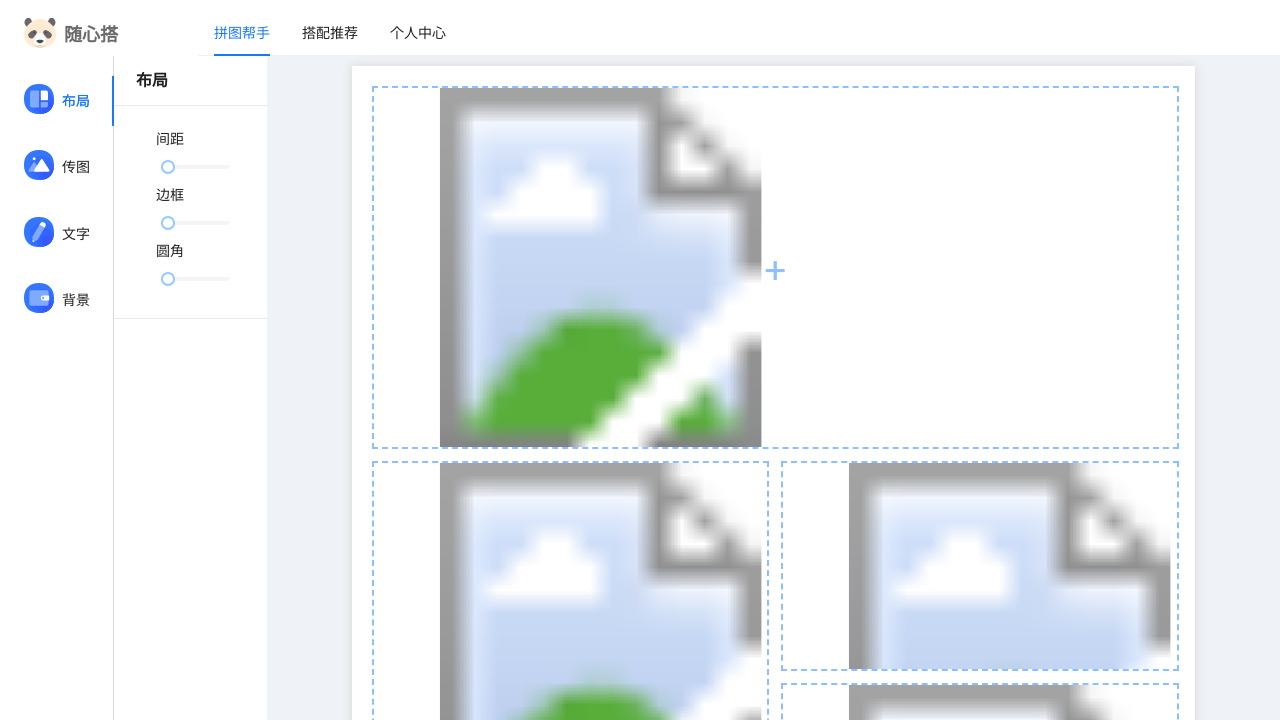
Repository: zzq1101921989/low-code
Page: /
These files come from the project's save history. The page is drawn as it stood at one moment and after the next save; the edit follows.
The browser window is 1280 px wide. The pictures show the whole page.
The project was rebuilt for these pictures with package versions that can differ from the ones it lists, and the page was loaded fresh each time. Also part of the build but not shown: vite.config.ts, src/pages/admin/index.tsx, src/components/icon/ClothesIcon.tsx, src/components/icon/HairIcon.tsx, src/components/icon/PantsIcon.tsx, src/components/icon/ShoeIcon.tsx, src/pages/recommend/index.tsx.

Above is the page before, as saved 2023-05-16 21:34:18.

### index.html
<!DOCTYPE html>
<html lang="en">
  <head>
    <meta charset="UTF-8" />
    <link rel="icon" type="image/svg+xml" href="/vite.svg" />
    <meta name="viewport" content="width=device-width, initial-scale=1.0" />
    <title>搭配选择困难症？不懂搭？就来随心搭，找到属于自己的穿搭技巧</title>
  </head>
  <body>
    <div id="root"></div>
    <script type="module" src="/src/main.tsx"></script>
  </body>
</html>

### src/main.tsx
import ReactDOM from "react-dom/client";
import App from "./App";
import "./reset.css";

ReactDOM.createRoot(document.getElementById("root") as HTMLElement).render(
  <App />
);

### src/App.tsx
import { BrowserRouter, Navigate, Route, Routes } from "react-router-dom";
import LayoutComponent from "./components/layout";
import { routerConfig } from "./routers";

const App = () => {
  return (
    <BrowserRouter>
      <Routes>
        <Route path="/" element={<LayoutComponent />}>
          {/* 重定向 */}
          <Route path="/" element={<Navigate to="/home" />} />
          {routerConfig.map((item) => (
            <Route path={item.path} key={item.name} element={item.element} />
          ))}
        </Route>
        <Route path="*" element={<div>404</div>} />
      </Routes>
    </BrowserRouter>
  );
};

export default App;

### src/reset.css
html,body,div,span,applet,object,h1,h2,h3,h4,h5,h6,p,blockquote,pre,a,abbr,acronym,address,big,cite,code,del,dfn,em,img,ins,kbd,q,s,samp,small,strike,strong,sub,sup,tt,var,b,u,i,center,dl,dt,dd,ol,ul,li,fieldset,form,label,legend,table,caption,tbody,tfoot,thead,tr,th,td,article,aside,canvas,details,embed,figure,figcaption,footer,header,hgroup,menu,nav,output,ruby,section,summary,time,mark,audio,video {
	margin:0;
	padding:0;
	border:0;
	font-size:100%;
	font:inherit;
	font-weight:normal;
	vertical-align:baseline;
}
/* HTML5 display-role reset for older browsers */
article,aside,details,figcaption,figure,footer,header,hgroup,menu,nav,section {
	display:block;
}
ol,ul,li {
	list-style:none;
}
blockquote,q {
	quotes:none;
}
blockquote:before,blockquote:after,q:before,q:after {
	content:'';
	content:none;
}
table {
	border-collapse:collapse;
	border-spacing:0;
}
th,td {
	vertical-align:middle;
}
/* custom */
a {
	outline:none;
	color:#16418a;
	text-decoration:none;
	-webkit-backface-visibility: hidden;
}
a:focus {
	outline:none;
}
input:focus,select:focus,textarea:focus {
	outline:-webkit-focus-ring-color auto 0;
}

### src/routers/index.tsx
import { RouteObject } from "react-router-dom";
import Admin from "../pages/admin";
import Home from "../pages/home";
import Recommend from "../pages/recommend";

export const routerConfig: (RouteObject & { name: string })[] = [
  {
    path: "home",
    name: "拼图帮手",
    element: <Home />,
  },
  {
    path: "recommend",
    name: "搭配推荐",
    element: <Recommend />,
  },
  {
    path: "admin",
    name: "个人中心",
    element: <Admin />,
  },
];

### src/components/header/index.tsx
import { Menu, MenuProps } from "antd";
import { Link, useLocation } from "react-router-dom";
import { routerConfig } from "../../routers";

export default function HeaderComponent() {

  const locaiton = useLocation();

  const items: MenuProps["items"] = routerConfig.map((key) => ({
    key: key.path,
    label: <Link to={`/${key.path}`}>{key.name}</Link>,
  }));

  return (
    <Menu
      style={{ flex: 1 }}
      mode="horizontal"
      selectedKeys={[locaiton.pathname.split("/")[1]]}
      items={items}
    />
  );
}

### src/components/layout/index.module.less
.syd-layout {
  width: 100%;
  height: 100vh;
  display: flex;
  flex-direction: column;
  overflow: hidden;
  .syd-header {
    display: flex;
    width: 100%;
    align-items: center;
    padding: 10px 24px 0 24px;
    background-color: #fff;
    .logo {
      margin-right: 80px;
    }
  }
  .syd-content {
    flex: auto;
    background: #eff2f6;
  }
}

### src/pages/home/index.tsx
import { Col, Row } from "antd";
import { FC } from "react";
import { DrawImage, Menu } from "./features";
import styles from "./index.module.less";

const Home: FC = () => {
  return (
    <Row style={{ height: "100%" }} className={styles.homeContainer}>
      <Col xl={5}>
        <Menu />
      </Col>
      <Col xl={19}>
        <DrawImage />
      </Col>
    </Row>
  );
};

export default Home;

### src/pages/home/features/index.tsx
export { default as Area } from './Area';
export { default as DrawImage } from './DrawImage';
export { default as Menu } from './Menu';

### src/pages/home/index.module.less
.homeContainer {
    :global{
        .ant-tabs-tabpane {
            padding-left: 0 !important
        }
        .ant-tabs-nav-wrap {
            padding-top: 20px;
        }
    }
}

### src/pages/home/features/Area/index.tsx
import { FC, ReactNode } from "react";
import styles from "./index.module.less";

interface AreaProps {
  /**
   * @name 头部区域内容
   */
  header: string | ReactNode;

  /**
   * @name 中间区域内容
   */
  centre?: string | ReactNode;
}
const Area: FC<AreaProps> = (props) => {
  const { header, centre } = props;

  return (
    <div className={`${styles["area-container"]}`}>
      <div
        className={`${styles["area-container-header"]} ${styles.padding} ${styles.borderBottom}`}
      >
        {header}
      </div>
      {centre && (
        <div
          className={`${styles["area-container-centre"]} ${styles.padding} ${styles["borderBottom"]}`}
        >
          {centre}
        </div>
      )}
    </div>
  );
};

export default Area;

### src/pages/home/features/Menu/index.tsx
import { Slider, Space, Tabs, TabsProps } from "antd";
import { Area } from "..";
import {
  ColorIcon,
  ImageIcon,
  LayoutIcon,
  TextIcon,
} from "../../../../components/icon";

/**
 * 导航栏组件
 * @returns
 */
export default function Menu() {
  const items: TabsProps["items"] = [
    {
      label: (
        <Space>
          <LayoutIcon />
          布局
        </Space>
      ),
      key: "1",
      children: (
        <Area
          header="布局"
          centre={
            <div
              style={{
                width: "100%",
                display: "flex",
                flexDirection: "column",
                padding: '10px 20px',
                boxSizing: 'border-box'
              }}
            >
              <div>
                间距
                <Slider defaultValue={10} />
              </div>
              <div>
                边框
                <Slider defaultValue={10} />
              </div>
              <div>
                圆角
                <Slider defaultValue={10} />
              </div>
            </div>
          }
        />
      ),
    },
    {
      label: (
        <Space>
          <ImageIcon />
          传图
        </Space>
      ),
      key: "2",
      children: "",
    },
    {
      label: (
        <Space>
          <TextIcon />
          文字
        </Space>
      ),
      key: "3",
      children: "",
    },
    {
      label: (
        <Space>
          <ColorIcon />
          背景
        </Space>
      ),
      key: "4",
      children: "",
    },
  ];

  return (
    <Tabs
      tabPosition="left"
      items={items}
      style={{ background: "#fff", height: "100%" }}
    />
  );
}

### src/pages/home/features/Area/index.module.less
.area-container {
    width: 100%;
    .area-container-header {
        font-size: 18px;
    }
    .area-container-header {
        font-size: 16px;
        font-weight: bold;
    }
}
.padding {
    padding: 12px 12px 12px 22px;
}
.borderBottom {
    border-bottom: 1px solid #e9e9e9;
}

### src/pages/home/components/index.tsx
export { default as ItemBox } from './ItemBox';
export { default as ContextMenu } from './contextmenu';

### src/components/icon/index.tsx
export { default as ClothesIcon } from "./ClothesIcon";
export { default as ColorIcon } from "./ColorIcon";
export { default as HairIcon } from "./HairIcon";
export { default as ImageIcon } from "./ImageIcon";
export { default as LayoutIcon } from "./LayoutIcon";
export { default as PantsIcon } from "./PantsIcon";
export { default as ShoeIcon } from "./ShoeIcon";
export { default as TextIcon } from "./TextIcon";

### src/pages/home/components/ItemBox/index.tsx
import { FC, memo } from "react";
import styles from "./index.module.less";

interface ItemBoxProps {
  /**
   * @name 当前选中的焦点区域
   */
  activeIndex?: number;

  dataIndex: number;
}

const ItemBox: FC<ItemBoxProps> = (props) => {
  const { activeIndex, dataIndex } = props;

  return (
    <div
      className={styles.itemBox}
      style={{
        border: `2px ${
          activeIndex === dataIndex ? "solid #2354f4" : "dashed #1e80ff80"
        }`,
      }}
    >
      <svg
        view-box="0 0 367.3725 367.3725"
        xmlns="http://www.w3.org/2000/svg"
        xmlnsXlink="http://www.w3.org/1999/xlink"
      >
        <g style={{
          transform: 'matrix(1, 0, 0, 1, 0, 0)'
        }}>
          <image
            xlinkHref="blob:https://www.gaoding.com/be2bce40-9d52-4153-a9f9-c5f4e8f41b22"
            width="545.996530511811"
            height="367.3725"
            x="-46.31201525590549"
            y="0"
          ></image>
        </g>
      </svg>
      <span className={styles.close}>
        <svg
          version="1.1"
          id="图层_1"
          xmlns="http://www.w3.org/2000/svg"
          xmlnsXlink="http://www.w3.org/1999/xlink"
          x="0px"
          y="0px"
          viewBox="0 0 16 16"
        >
          <path
            d="M11.8,1.6l-0.7,0.7L7.8,5.6L4.6,2.3L3.9,1.6L3.1,2.3L2,3.4L1.3,4.1L2,4.8l3.3,3.3L2,11.4l-0.7,0.7L2,12.8 L3.1,14l0.7,0.7L4.6,14l3.3-3.3l3.3,3.3l0.7,0.7l0.7-0.7l1.1-1.1l0.7-0.7l-0.7-0.7l-3.3-3.3l3.3-3.3l0.7-0.7l-0.7-0.7l-1.1-1.1 L11.8,1.6L11.8,1.6z"
            style={{
              opacity: 0.9,
              fill: "rgb(255, 255, 255)",
            }}
          ></path>{" "}
          <g>
            <polygon points="13,4.1 11.8,3 7.8,7 3.9,3 2.7,4.1 6.7,8.1 2.7,12.1 3.9,13.3 7.8,9.3 11.8,13.3 13,12.1 9,8.1 	"></polygon>
          </g>
        </svg>
      </span>
      <span className={styles.add} data-type="add" data-index={dataIndex}>
        +
      </span>
    </div>
  );
};
export default memo(ItemBox);

### src/pages/home/components/contextmenu/index.tsx
import { Space } from "antd";
import { FC } from "react";
import styles from "./index.module.less";

type ContextMenuProps = {
  /**
   * @name left 距离
   */
  left: number;

  /**
   * @name top 距离
   */
  top: number;

  /**
   * @name 是否打开
   */
  open: boolean;
};
const ContextMenu: FC<ContextMenuProps> = (props) => {
  const { left, top, open } = props;

  return (
    <div
      className={styles.contextMenu}
      style={{ left, top, display: open ? "block" : "none" }}
    >
      <div className={styles.contextMenuItem} id="uploadBtn">
        <Space>
          <svg
            xmlns="http://www.w3.org/2000/svg"
            xmlnsXlink="http://www.w3.org/1999/xlink"
            version="1.1"
            id="图层_1"
            x="0px"
            y="0px"
            viewBox="0 0 16 16"
            enable-background="new 0 0 16 16"
            xmlSpace="preserve"
          >
            <path d="M3.5,7C2.672,7,2,6.328,2,5.5S2.672,4,3.5,4S5,4.672,5,5.5S4.328,7,3.5,7z M1,2h13c0.552,0,1,0.448,1,1v10  c0,0.552-0.448,1-1,1H1c-0.552,0-1-0.448-1-1V3C0,2.448,0.448,2,1,2z M14,11.294V3H1v10h0.297l5.687-5l4.433,5h0.661l-1.916-2.267  l1.843-1.77L14,11.294z"></path>
          </svg>
          添加图片
        </Space>
      </div>
      <div className={styles.contextMenuItem}>
        <Space>
          <svg
            xmlns="http://www.w3.org/2000/svg"
            xmlnsXlink="http://www.w3.org/1999/xlink"
            version="1.1"
            id="图层_1"
            x="0px"
            y="0px"
            viewBox="0 0 16 16"
            enable-background="new 0 0 16 16"
            xmlSpace="preserve"
          >
            <path
              fill-rule="evenodd"
              clip-rule="evenodd"
              d="M14.984,13.169C15.169,15.754,13.748,16,12.512,16  c-1.236,0-2.781-0.308-2.472-2.831C10.225,11.631,12.512,8,12.512,8S14.86,11.815,14.984,13.169z M13,7.051  c0,0.203-0.103,0.457-0.258,0.659l-5.829,5.986c-0.413,0.406-1.032,0.406-1.444,0L0.31,8.42c-0.413-0.457-0.413-1.116,0-1.522  l3.663-3.754L1.806,0.913c-0.206-0.203-0.206-0.507,0-0.761c0.206-0.203,0.516-0.203,0.722,0l2.167,2.283L6.19,0.913  c0.413-0.406,1.032-0.406,1.444,0l5.056,5.275C12.948,6.442,13,6.746,13,7.051z M1.97,6.611h9.848L6.869,1.556l-1.4,1.458  l1.75,1.799c0.2,0.194,0.2,0.535,0,0.729c-0.2,0.194-0.5,0.194-0.7,0l-1.75-1.799L1.97,6.611z"
            ></path>
          </svg>
          填充背景
        </Space>
      </div>
    </div>
  );
};
export default ContextMenu;

### src/components/icon/ColorIcon.tsx
import Icon from "@ant-design/icons";
import { CustomIconComponentProps } from "@ant-design/icons/lib/components/Icon";

const Color = () => (
  <svg
    viewBox="0 0 1024 1024"
    version="1.1"
    xmlns="http://www.w3.org/2000/svg"
    p-id="7117"
    width="30"
    height="30"
  >
    <path
      d="M1023.910943 511.999898c5.11911 317.794367-194.116663 516.825376-511.91103 511.911029-317.794367 4.914346-516.825376-194.116663-511.91103-511.911029C-4.825463 194.20553 194.205546-4.825478 511.999913 0.088868c317.794367-4.914346 516.825376 194.116663 511.91103 511.91103z"
      fill="#3377FF"
      p-id="7118"
    ></path>
    <path
      d="M1022.477592 566.671996C1006.915497 340.40732 852.318366 201.16752 614.382119 204.85328c-254.112635-4.095288-413.624112 155.416189-409.528824 409.528824-3.890524 237.936247 135.554041 392.533378 361.613952 408.095473 268.036615-16.381153 439.629192-187.97373 456.010345-455.805581z"
      fill="#336DFF"
      p-id="7119"
    ></path>
    <path
      d="M1015.515602 629.944199C985.824762 491.523456 876.480566 407.160519 716.764325 409.617692c-190.635668-3.071466-310.218084 116.51095-307.146618 307.146618-2.457173 159.716241 81.905765 269.060437 220.121743 298.751277 211.112109-34.400421 351.375731-174.664043 385.776152-385.571388z"
      fill="#3364FF"
      p-id="7120"
    ></path>
    <path
      d="M997.701098 705.707031C964.734028 646.734881 902.076118 613.153517 819.146531 614.382104c-127.1587-2.047644-206.812056 77.605712-204.764412 204.764412-1.433351 82.929587 32.352777 145.587497 91.120163 178.554567a431.233852 431.233852 0 0 0 292.198816-291.994052z"
      fill="#335AFF"
      p-id="7121"
    ></path>
    <path
      d="M184.376854 245.806162m61.429324 0l532.387471 0q61.429324 0 61.429323 61.429324l0 409.528824q0 61.429324-61.429323 61.429323l-532.387471 0q-61.429324 0-61.429324-61.429323l0-409.528824q0-61.429324 61.429324-61.429324Z"
      fill="#80AAFF"
      p-id="7122"
    ></path>
    <path
      d="M655.335001 430.094133h184.287971a20.476441 20.476441 0 0 1 20.476441 20.476441v122.858647a20.476441 20.476441 0 0 1-20.476441 20.476441h-184.287971a81.905765 81.905765 0 0 1-81.905764-81.905764 81.905765 81.905765 0 0 1 81.905764-81.905765z"
      fill="#FFFFFF"
      p-id="7123"
    ></path>
    <path
      d="M655.335001 511.999898m-40.952882 0a40.952882 40.952882 0 1 0 81.905765 0 40.952882 40.952882 0 1 0-81.905765 0Z"
      fill="#80AAFF"
      p-id="7124"
    ></path>
  </svg>
);

export default function ColorIcon(props: Partial<CustomIconComponentProps>) {
  return <Icon component={Color} {...props} />;
}

### src/components/icon/ImageIcon.tsx
import Icon from "@ant-design/icons";
import { CustomIconComponentProps } from "@ant-design/icons/lib/components/Icon";

const Image = () => (
  <svg
    viewBox="0 0 1024 1024"
    version="1.1"
    xmlns="http://www.w3.org/2000/svg"
    p-id="1209"
    width="30"
    height="30"
  >
    <path
      d="M1023.910943 511.999898c5.11911 317.794367-194.116663 516.825376-511.91103 511.911029-317.794367 4.914346-516.825376-194.116663-511.91103-511.911029C-4.825463 194.20553 194.205546-4.825478 511.999913 0.088868c317.794367-4.914346 516.825376 194.116663 511.91103 511.91103z"
      fill="#3377FF"
      p-id="1210"
    ></path>
    <path
      d="M1022.477592 566.671996C1006.915497 340.40732 852.318366 201.16752 614.382119 204.85328c-254.112635-4.095288-413.624112 155.416189-409.528824 409.528824-3.890524 237.936247 135.554041 392.533378 361.613952 408.095473 268.036615-16.381153 439.629192-187.97373 456.010345-455.805581z"
      fill="#336DFF"
      p-id="1211"
    ></path>
    <path
      d="M1015.515602 629.944199C985.824762 491.523456 876.480566 407.160519 716.764325 409.617692c-190.635668-3.071466-310.218084 116.51095-307.146618 307.146618-2.457173 159.716241 81.905765 269.060437 220.121743 298.751277 211.112109-34.400421 351.375731-174.664043 385.776152-385.571388z"
      fill="#3364FF"
      p-id="1212"
    ></path>
    <path
      d="M312.968905 439.308531L158.781302 678.678129a40.952882 40.952882 0 0 0 34.400422 63.067439h308.375204a40.952882 40.952882 0 0 0 34.400421-63.067439l-154.187602-239.574362a40.952882 40.952882 0 0 0-68.800842 0.204764z"
      fill="#80AAFF"
      p-id="1213"
    ></path>
    <path
      d="M997.701098 705.707031C964.734028 646.734881 902.076118 613.153517 819.146531 614.382104c-127.1587-2.047644-206.812056 77.605712-204.764412 204.764412-1.433351 82.929587 32.352777 145.587497 91.120163 178.554567a431.233852 431.233852 0 0 0 292.198816-291.994052z"
      fill="#335AFF"
      p-id="1214"
    ></path>
    <path
      d="M571.586357 329.554807l-225.240853 349.123322a40.952882 40.952882 0 0 0 34.400421 63.067439h450.481706a40.952882 40.952882 0 0 0 34.400421-63.067439l-225.240853-349.123322a40.952882 40.952882 0 0 0-68.800842 0z"
      fill="#FFFFFF"
      p-id="1215"
    ></path>
    <path
      d="M347.369326 294.540092m-51.191103 0a51.191103 51.191103 0 1 0 102.382206 0 51.191103 51.191103 0 1 0-102.382206 0Z"
      fill="#FFFFFF"
      p-id="1216"
    ></path>
  </svg>
);

export default function ImageIcon(props: Partial<CustomIconComponentProps>) {
  return <Icon component={Image} {...props} />;
}

### src/components/icon/LayoutIcon.tsx
import Icon from "@ant-design/icons";
import { CustomIconComponentProps } from "@ant-design/icons/lib/components/Icon";

const Layout = () => (
  <svg
    viewBox="0 0 1024 1024"
    version="1.1"
    xmlns="http://www.w3.org/2000/svg"
    p-id="1056"
    width="30"
    height="30"
  >
    <path
      d="M1023.910943 511.999898c5.11911 317.794367-194.116663 516.825376-511.91103 511.911029-317.794367 4.914346-516.825376-194.116663-511.91103-511.911029C-4.825463 194.20553 194.205546-4.825478 511.999913 0.088868c317.794367-4.914346 516.825376 194.116663 511.91103 511.91103z"
      fill="#3377FF"
      p-id="1057"
    ></path>
    <path
      d="M1022.477592 566.671996C1006.915497 340.40732 852.318366 201.16752 614.382119 204.85328c-254.112635-4.095288-413.624112 155.416189-409.528824 409.528824-3.890524 237.936247 135.554041 392.533378 361.613952 408.095473 268.036615-16.381153 439.629192-187.97373 456.010345-455.805581z"
      fill="#336DFF"
      p-id="1058"
    ></path>
    <path
      d="M1015.515602 629.944199C985.824762 491.523456 876.480566 407.160519 716.764325 409.617692c-190.635668-3.071466-310.218084 116.51095-307.146618 307.146618-2.457173 159.716241 81.905765 269.060437 220.121743 298.751277 211.112109-34.400421 351.375731-174.664043 385.776152-385.571388z"
      fill="#3364FF"
      p-id="1059"
    ></path>
    <path
      d="M997.701098 705.707031C964.734028 646.734881 902.076118 613.153517 819.146531 614.382104c-127.1587-2.047644-206.812056 77.605712-204.764412 204.764412-1.433351 82.929587 32.352777 145.587497 91.120163 178.554567a431.233852 431.233852 0 0 0 292.198816-291.994052z"
      fill="#335AFF"
      p-id="1060"
    ></path>
    <path
      d="M593.905678 225.329721h163.811529a61.429324 61.429324 0 0 1 61.429324 61.429323v245.717295a20.476441 20.476441 0 0 1-20.476441 20.476441H593.905678a20.476441 20.476441 0 0 1-20.476441-20.476441V245.806162a20.476441 20.476441 0 0 1 20.476441-20.476441z"
      fill="#FFFFFF"
      p-id="1061"
    ></path>
    <path
      d="M593.905678 614.382104h204.764412a20.476441 20.476441 0 0 1 20.476441 20.476441v102.382206a61.429324 61.429324 0 0 1-61.429324 61.429323h-163.811529a20.476441 20.476441 0 0 1-20.476441-20.476441v-143.335088a20.476441 20.476441 0 0 1 20.476441-20.476441zM266.282619 225.329721h225.240853a20.476441 20.476441 0 0 1 20.476441 20.476441v532.387471a20.476441 20.476441 0 0 1-20.476441 20.476441H266.282619a61.429324 61.429324 0 0 1-61.429324-61.429323V286.759044a61.429324 61.429324 0 0 1 61.429324-61.429323z"
      fill="#80AAFF"
      p-id="1062"
    ></path>
  </svg>
);

export default function LayoutIcon(props: Partial<CustomIconComponentProps>) {
  return <Icon component={Layout} {...props} />;
}

### src/components/icon/TextIcon.tsx
import Icon from "@ant-design/icons";
import { CustomIconComponentProps } from "@ant-design/icons/lib/components/Icon";

const Text = () => (
  <svg
    viewBox="0 0 1024 1024"
    version="1.1"
    xmlns="http://www.w3.org/2000/svg"
    p-id="1365"
    width="30"
    height="30"
  >
    <path
      d="M1023.910943 511.999898c5.11911 317.794367-194.116663 516.825376-511.91103 511.911029-317.794367 4.914346-516.825376-194.116663-511.91103-511.911029C-4.825463 194.20553 194.205546-4.825478 511.999913 0.088868c317.794367-4.914346 516.825376 194.116663 511.91103 511.91103z"
      fill="#3377FF"
      p-id="1366"
    ></path>
    <path
      d="M1022.477592 566.671996C1006.915497 340.40732 852.318366 201.16752 614.382119 204.85328c-254.112635-4.095288-413.624112 155.416189-409.528824 409.528824-3.890524 237.936247 135.554041 392.533378 361.613952 408.095473 268.036615-16.381153 439.629192-187.97373 456.010345-455.805581z"
      fill="#336DFF"
      p-id="1367"
    ></path>
    <path
      d="M1015.515602 629.944199C985.824762 491.523456 876.480566 407.160519 716.764325 409.617692c-190.635668-3.071466-310.218084 116.51095-307.146618 307.146618-2.457173 159.716241 81.905765 269.060437 220.121743 298.751277 211.112109-34.400421 351.375731-174.664043 385.776152-385.571388z"
      fill="#3364FF"
      p-id="1368"
    ></path>
    <path
      d="M997.701098 705.707031C964.734028 646.734881 902.076118 613.153517 819.146531 614.382104c-127.1587-2.047644-206.812056 77.605712-204.764412 204.764412-1.433351 82.929587 32.352777 145.587497 91.120163 178.554567a431.233852 431.233852 0 0 0 292.198816-291.994052z"
      fill="#335AFF"
      p-id="1369"
    ></path>
    <path
      d="M526.538186 263.82543L293.311521 668.03038a61.429324 61.429324 0 0 0-7.985812 35.629007l9.828692 125.725349a20.476441 20.476441 0 0 0 28.667017 17.200211l118.763359-51.600632A61.429324 61.429324 0 0 0 471.047031 769.388763l232.817136-403.181127z"
      fill="#80AAFF"
      p-id="1370"
    ></path>
    <path
      d="M687.687779 189.495949a102.382206 102.382206 0 0 0-139.854094 37.471887l-20.476441 36.857594 177.325981 102.382206 20.476441-36.857594a102.382206 102.382206 0 0 0-37.471887-139.854093zM292.082935 790.479498l3.071466 38.905238a20.476441 20.476441 0 0 0 28.667017 17.200211l37.267123-16.176389z"
      fill="#FFFFFF"
      p-id="1371"
    ></path>
  </svg>
);

export default function TextIcon(props: Partial<CustomIconComponentProps>) {
  return <Icon component={Text} {...props} />;
}

### src/pages/home/components/ItemBox/index.module.less
.itemBox {
    position: relative;
    width: 100%;
    height: 100%;
    .close {
        width: 16px;
        height: 16px;
        display: none;
        position: absolute;
        right: 10px;
        top: 10px;
    }
    .add {
        display: flex;
        width: 100%;
        height: 100%;
        justify-content: center;
        align-items: center;
        text-align: center;
        margin: 0 auto;
        font-size: 40px;
        color: #1e80ff80;
        user-select: none
    }
    >svg{
        height: 100%;
        width: 100%;
        position: absolute;
        left: 0;
        top: 0;
    }
    &:hover {
        border: 2px solid #2354f4 !important;
        .close {
            display: block;
        }
    }
}

### src/pages/home/components/contextmenu/index.module.less
.contextMenu {
    position: absolute;
    width: 126px;
    padding: 5px 0;
    background-color: #fff;
    box-shadow: 0 0 5px #ccc;
    border-radius: 5px;
    cursor: pointer;
    .contextMenuItem {
        width: 100%;
        user-select: none;
        line-height: 36px;
        color: #333;
        text-align: center;
        font-size: 13px;
        svg {
            width: 15px;
            height: 15px;
        }
        &:hover {
            background: #1a7eff;
            color: #fff;
        }
    }
}

Loaded but not shown: src/pages/home/features/DrawImage/index.tsx (148 lines, source omitted); src/components/layout/index.tsx (69 lines, source omitted)

After the next save:
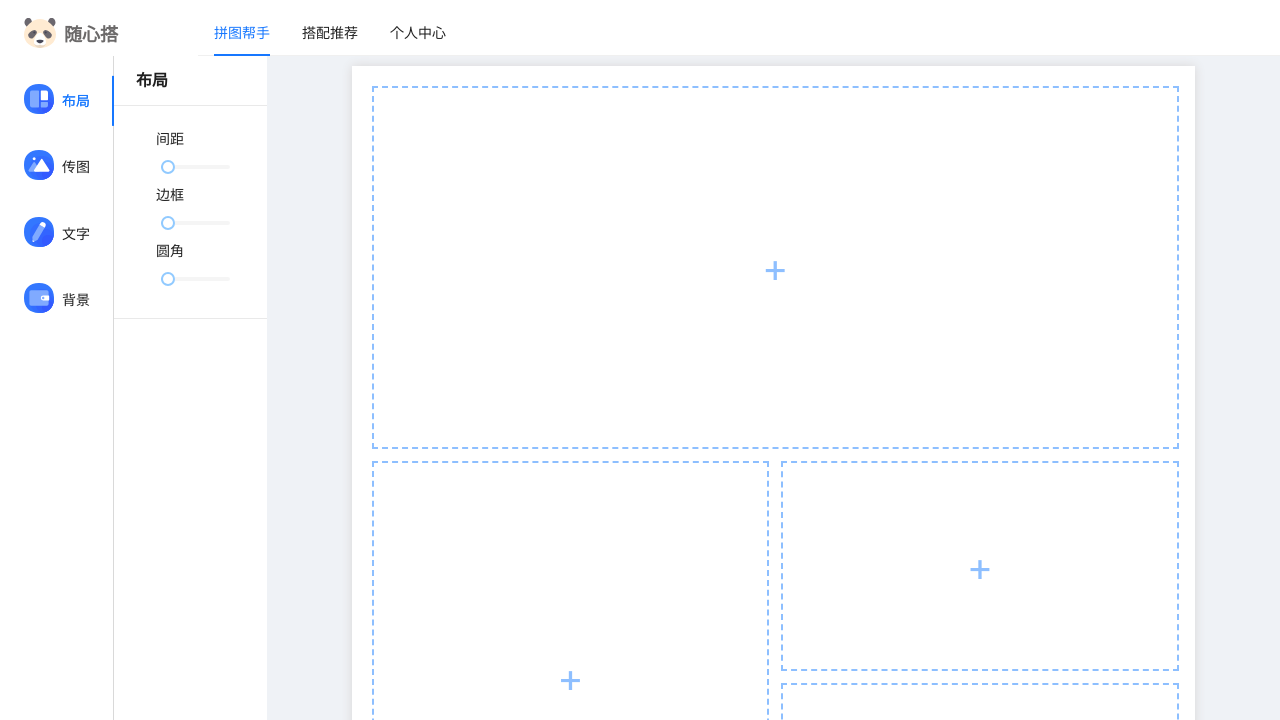
Saved 10 s later.
--- a/src/pages/home/components/ItemBox/index.tsx
+++ b/src/pages/home/components/ItemBox/index.tsx
@@ -31,7 +31,6 @@ const ItemBox: FC<ItemBoxProps> = (props) => {
           transform: 'matrix(1, 0, 0, 1, 0, 0)'
         }}>
           <image
-            xlinkHref="blob:https://www.gaoding.com/be2bce40-9d52-4153-a9f9-c5f4e8f41b22"
             width="545.996530511811"
             height="367.3725"
             x="-46.31201525590549"
